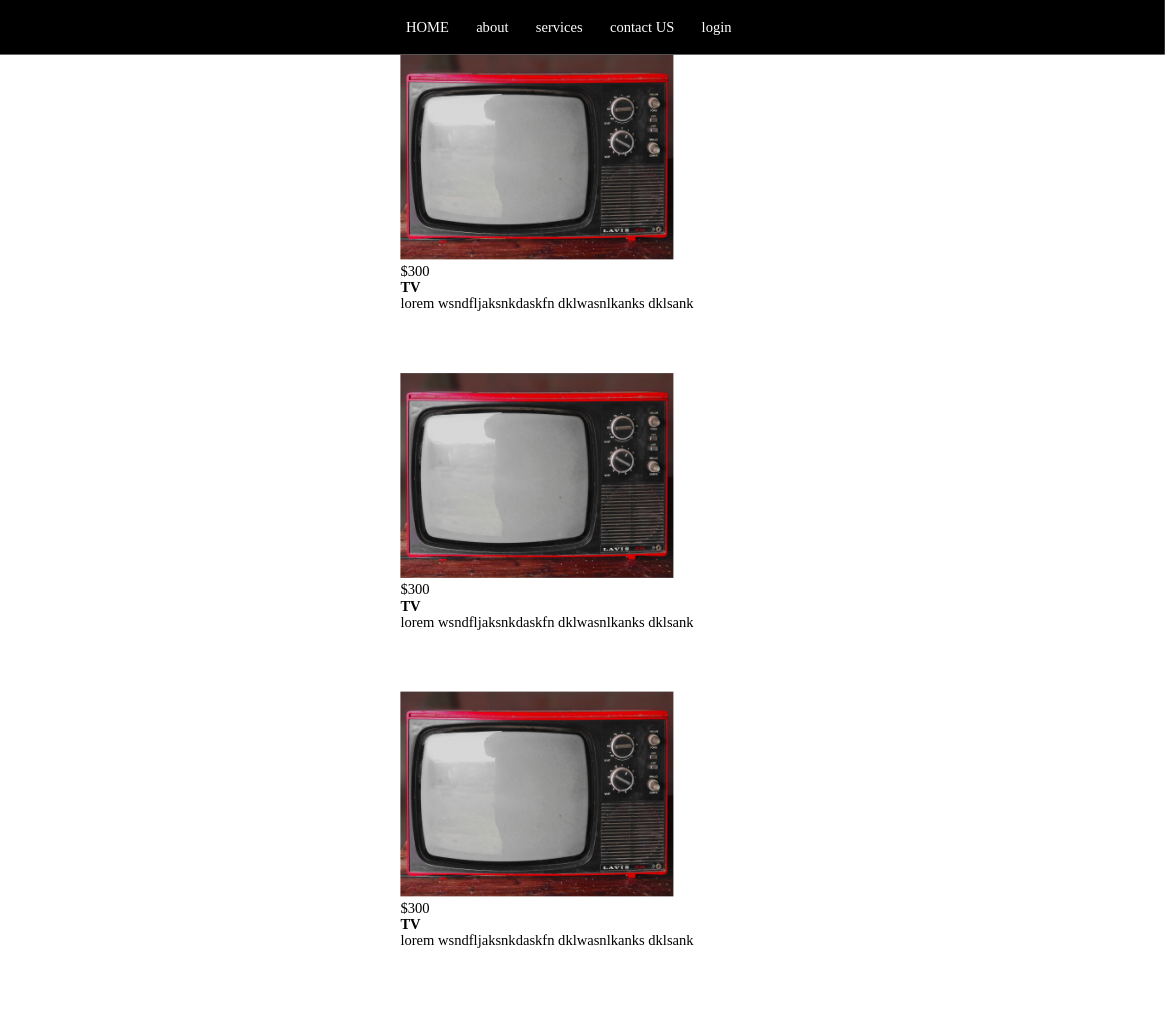
Repository: viveknaidu007/repo-166-Full-Stack-Development-Learning-Notes-Innomatics-2024
Page: module_1-html,css,bootstrap/sept_25_2024/index.html
An editor plug-in stored every save of this project. The page is shown before and after the next save, followed by the edit.
The browser window is 1280 px wide. The pictures show the whole page, at 91% of full size.

Above is the page before, as saved 2024-09-27 21:44:54.

After the next save:
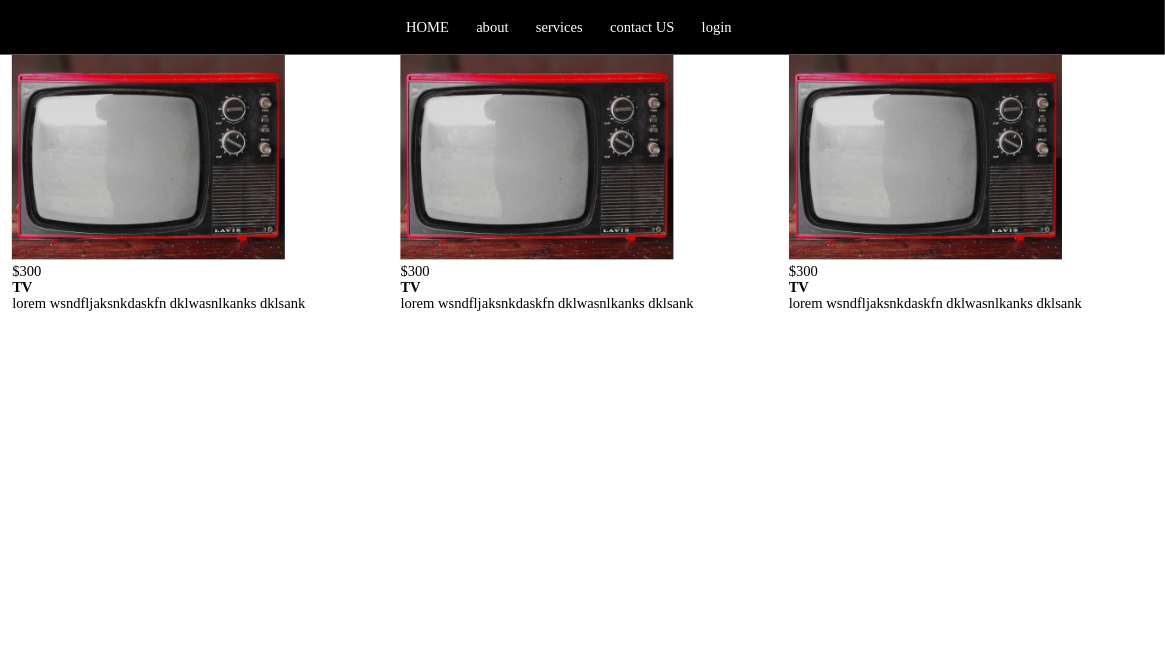
Saved 3 min 56 s later.
--- a/module_1-html,css,bootstrap/sept_25_2024/index.html
+++ b/module_1-html,css,bootstrap/sept_25_2024/index.html
@@ -38,6 +38,10 @@
             width: 300px;
         }
 
+        .container{
+            display: flex;
+        }
+
     </style>
 </head>
 <body>
@@ -52,31 +56,36 @@
             </ul>
         </nav>
     </header>
-    <div class="box"> </div>
 
-    <div class="product">
-        <img src="vintage-tv-1116587_1280.jpg" alt="">
-        <p> $300 </p>
-        <h4> TV </h4>
-        <p> lorem wsndfljaksnkdaskfn dklwasnlkanks dklsank</p>
+    <div class="container">
+
+        <div class="product">
+            <img src="vintage-tv-1116587_1280.jpg" alt="">
+            <p> $300 </p>
+            <h4> TV </h4>
+            <p> lorem wsndfljaksnkdaskfn dklwasnlkanks dklsank</p>
+
+        </div>
+
+        <div class="product">
+            <img src="vintage-tv-1116587_1280.jpg" alt="">
+            <p> $300 </p>
+            <h4> TV </h4>
+            <p> lorem wsndfljaksnkdaskfn dklwasnlkanks dklsank</p>
+
+        </div>
+
+        <div class="product">
+            <img src="vintage-tv-1116587_1280.jpg" alt="">
+            <p> $300 </p>
+            <h4> TV </h4>
+            <p> lorem wsndfljaksnkdaskfn dklwasnlkanks dklsank</p>
+
+        </div>
 
     </div>
 
-    <div class="product">
-        <img src="vintage-tv-1116587_1280.jpg" alt="">
-        <p> $300 </p>
-        <h4> TV </h4>
-        <p> lorem wsndfljaksnkdaskfn dklwasnlkanks dklsank</p>
 
-    </div>
-
-    <div class="product">
-        <img src="vintage-tv-1116587_1280.jpg" alt="">
-        <p> $300 </p>
-        <h4> TV </h4>
-        <p> lorem wsndfljaksnkdaskfn dklwasnlkanks dklsank</p>
-
-    </div>
 
 </body>
 </html>
